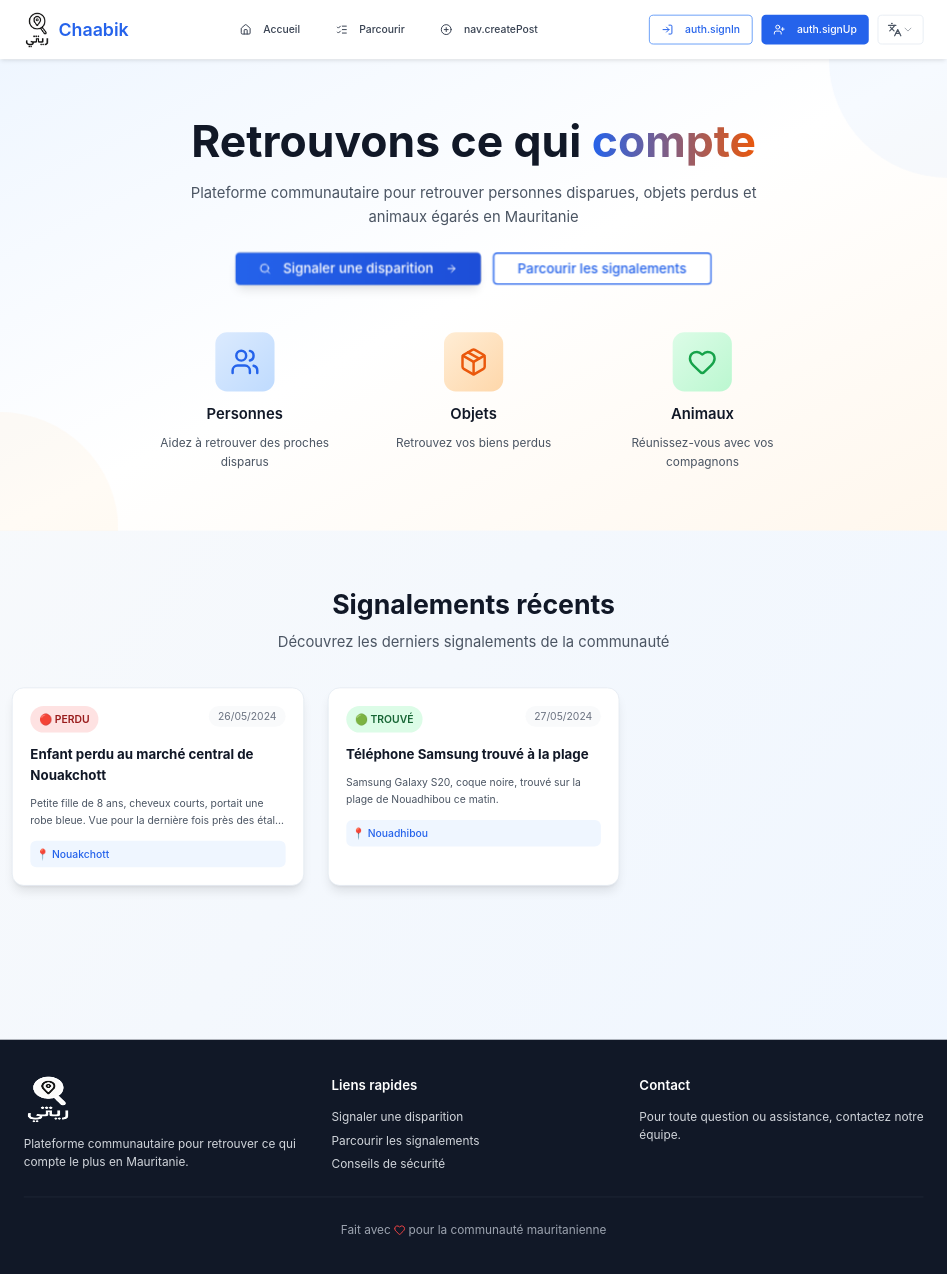
Repository: DahSidiAbdallah/Raytni
Page: /
An editor plug-in stored every save of this project. The page is shown before and after the next save, followed by the edit.
The browser window is 1280 px wide. The pictures show the whole page, at 74% of full size.
The project was rebuilt for these pictures with package versions that can differ from the ones it lists, and the page was loaded fresh each time. Also part of the build but not shown: vite.config.ts, src/components/ui/tooltip.tsx, src/components/ui/input.tsx, src/components/ui/textarea.tsx, src/components/ui/card.tsx, src/components/CreatePostForm.tsx, src/components/LoadingSpinner.tsx, src/pages/NotFound.tsx and 7 more.

Above is the page before, as saved 2025-05-28 14:46:42.

After the next save:
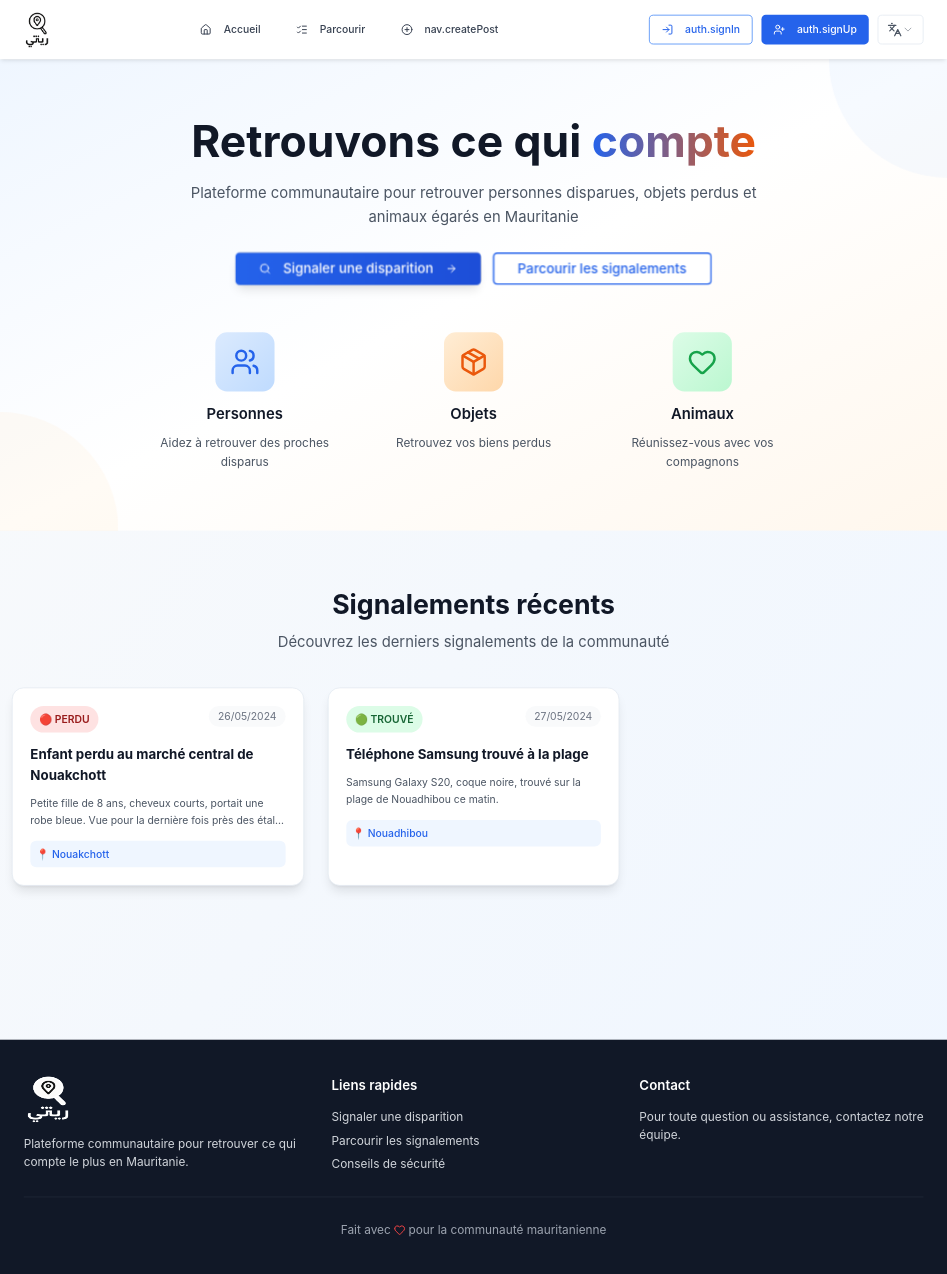
Saved 5 min 20 s later.
--- a/src/components/Header.tsx
+++ b/src/components/Header.tsx
@@ -35,7 +35,7 @@ const Header = ({ onCreatePost, onViewBrowse, onViewHome }: HeaderProps) => {
           <div className="flex items-center">
             <Link to="/" className="flex items-center space-x-3 rtl:space-x-reverse">
               <img src={Logo} alt="Chaabik Logo" className="h-12 w-auto" />
-              <span className="self-center text-2xl font-semibold whitespace-nowrap text-blue-600">Chaabik</span>
+
             </Link>
           </div>
 
